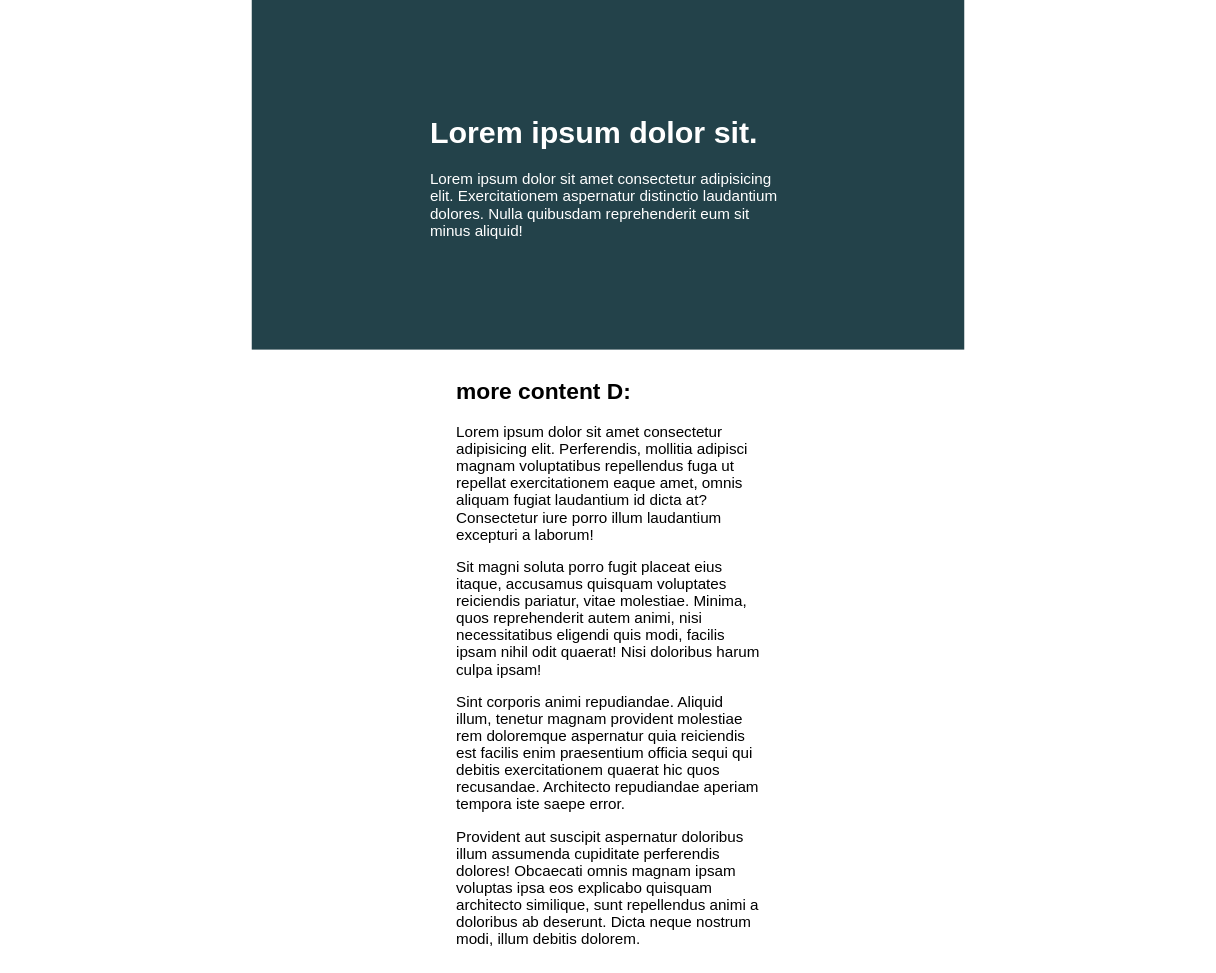
Repository: ufanodev/responsive-3
Page: index.html
An editor plug-in stored every save of this project. The page is shown before and after the next save, followed by the edit.
The browser window is 1280 px wide. The pictures show the whole page, at 95% of full size.

Above is the page before, as saved 2022-12-10 19:42:43.

### index.html
<!DOCTYPE html>
<html lang="en">
<head>
    <meta charset="UTF-8">
    <meta name="viewport" content="width=device-width, initial-scale=1.0">
    <title>KP Responsive Course</title>

    <link rel="stylesheet" href="style.css">
</head>
<body>

    <div class="container">
        <div class="intro-content">
            <h1>Lorem ipsum dolor sit.</h1>
            <p>Lorem ipsum dolor sit amet consectetur adipisicing elit. Exercitationem aspernatur distinctio laudantium dolores. Nulla quibusdam reprehenderit eum sit minus aliquid!</p>
        </div>
    </div>

    <div class ="intro-content2">
        <h2>more content D:</h2>
            <p>Lorem ipsum dolor sit amet consectetur adipisicing elit. Perferendis, mollitia adipisci magnam voluptatibus repellendus fuga ut repellat exercitationem eaque amet, omnis aliquam fugiat laudantium id dicta at? Consectetur iure porro illum laudantium excepturi a laborum!</p>

            <p>Sit magni soluta porro fugit placeat eius itaque, accusamus quisquam voluptates reiciendis pariatur, vitae molestiae. Minima, quos reprehenderit autem animi, nisi necessitatibus eligendi quis modi, facilis ipsam nihil odit quaerat! Nisi doloribus harum culpa ipsam!</p>

            <p>Sint corporis animi repudiandae. Aliquid illum, tenetur magnam provident molestiae rem doloremque aspernatur quia reiciendis est facilis enim praesentium officia sequi qui debitis exercitationem quaerat hic quos recusandae. Architecto repudiandae aperiam tempora iste saepe error.</p>
            <p>Provident aut suscipit aspernatur doloribus illum assumenda cupiditate perferendis dolores! Obcaecati omnis magnam ipsam voluptas ipsa eos explicabo quisquam architecto similique, sunt repellendus animi a doloribus ab deserunt. Dicta neque nostrum modi, illum debitis dolorem.</p>
    </div>

</body>
</html>

### style.css
/* INSTRUCTIONS
 *
 * 1) Keep the text inside .intro-content
 *    in the same place, but have the background
 *    extend from one side of the viewport
 *    to the other, no matter how wide or narrow
 *    the browser is.
 *
 * 2) Limit the maximum width of the text in the
 *    bottom area.
 *
 * You may modify the HTML if needed
 * (you probably should for this challenge)
 *
 */

* {
  box-sizing: border-box;
}

body {
  margin: 0;
  font-family: sans-serif;
}

.container {
  width: 80%;
  max-width: 750px;
  margin: 0 auto;
  background: #23424a;
  color: white;
  padding: 50px 0;
}

.intro-content {
  width: 50%;
  max-width: 750px;
  margin: 0 auto;
  padding: 50px 0;
}

.intro-content2 {
  width: 25%;
  max-width: 750px;
  margin: 0 auto;
  padding: 10px 0;
}

After the next save:
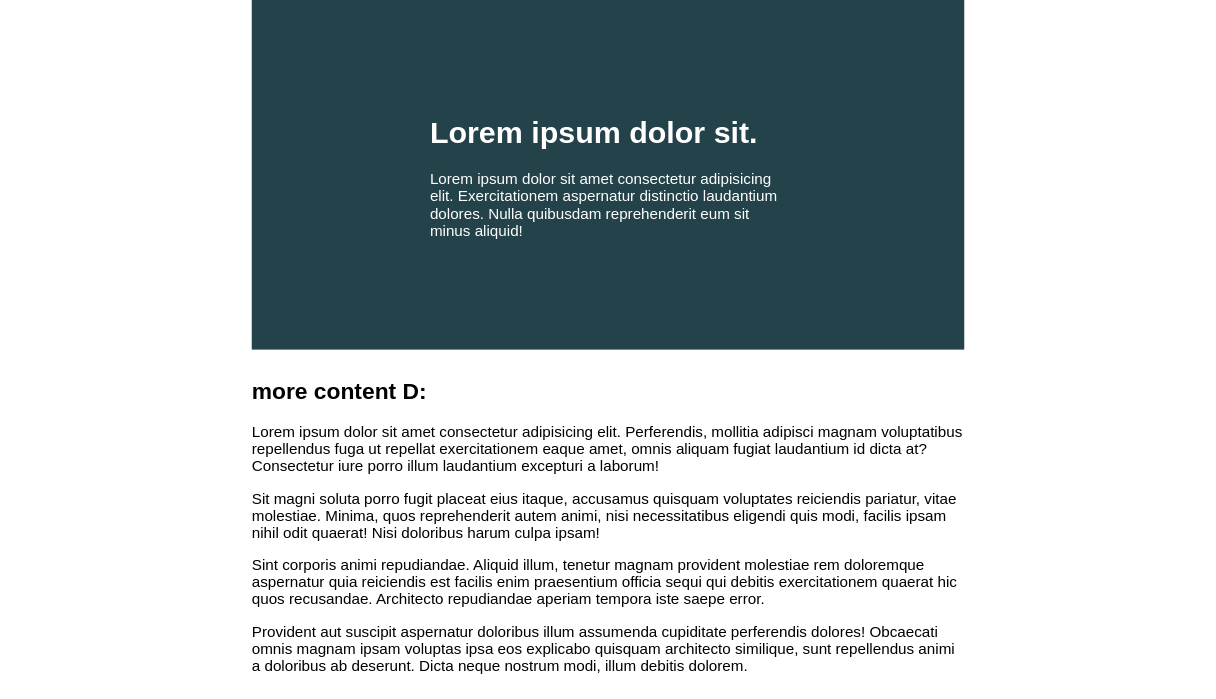
Saved 8 s later.
--- a/style.css
+++ b/style.css
@@ -40,7 +40,7 @@ body {
 }
 
 .intro-content2 {
-  width: 25%;
+  width: 75%;
   max-width: 750px;
   margin: 0 auto;
   padding: 10px 0;
